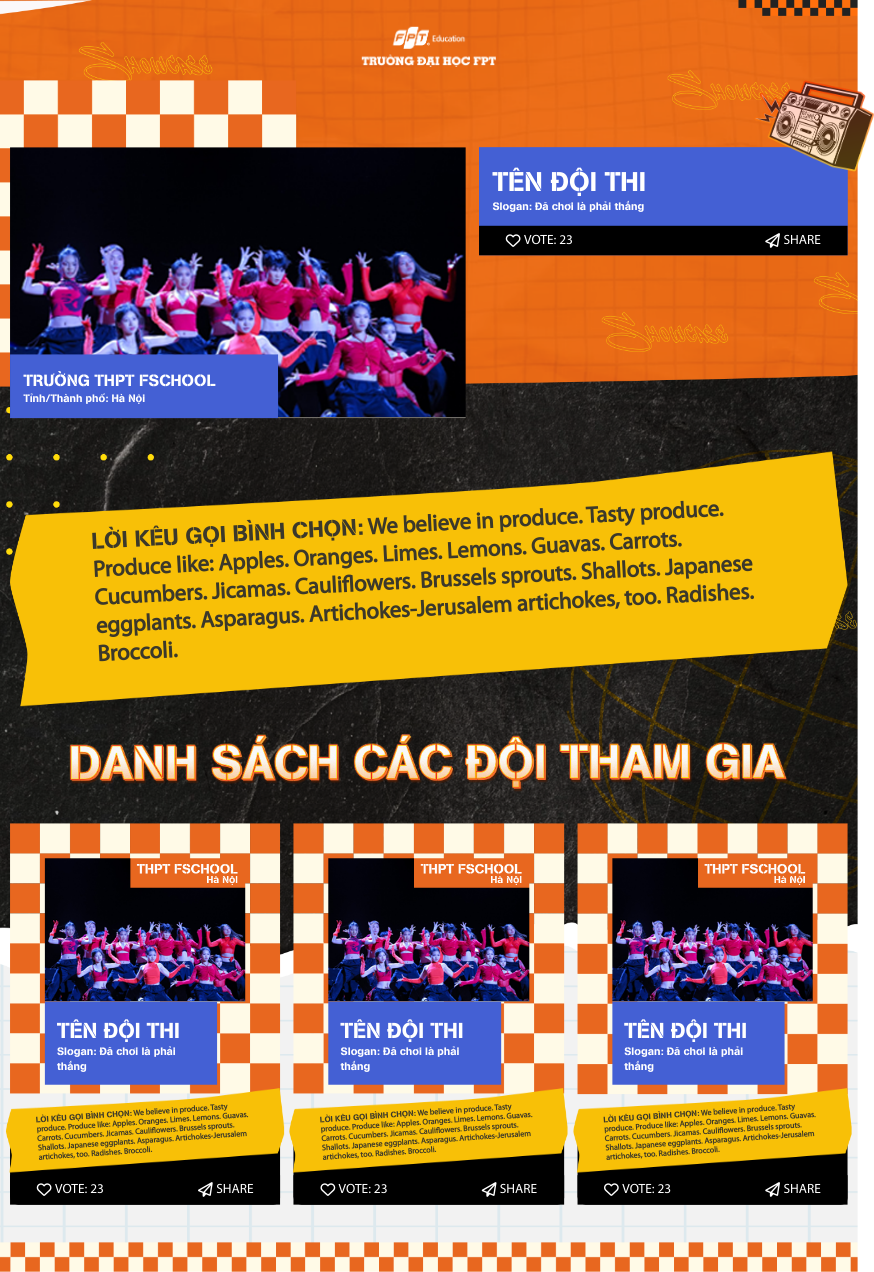
Repository: dinhtri123/hola_fpt
Page: detail.html
These files come from the project's save history. The page is drawn as it stood at one moment and after the next save; the edit follows.
The browser window is 1280 px wide. The page is 1305 px wide, so the pictures cover 1305 px, including what lies to the right of the window. The pictures show the whole page, at 67% of full size.

Above is the page before, as saved 2025-01-04 23:04:34.

After the next save:
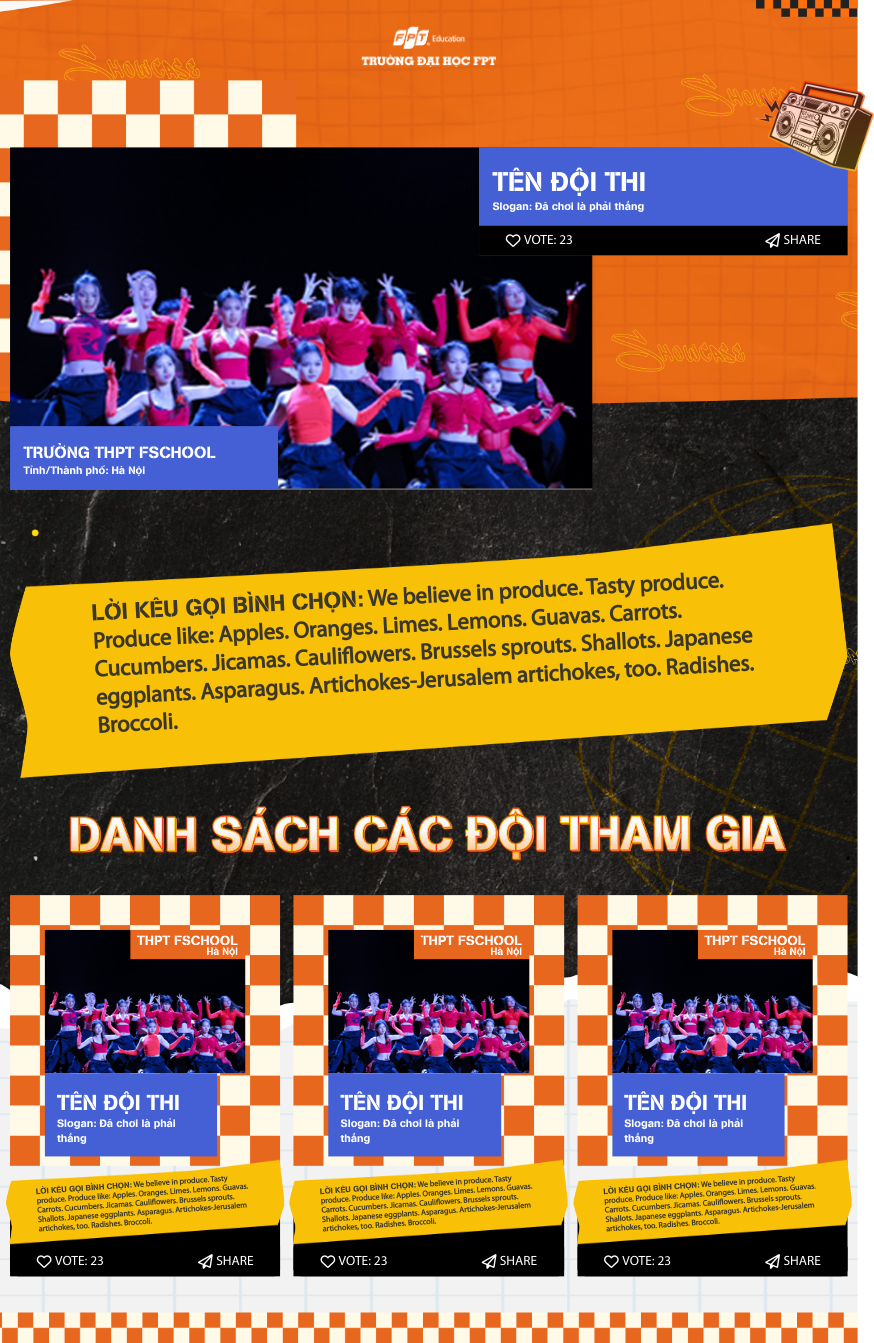
Saved 82 s later.
--- a/styles.css
+++ b/styles.css
@@ -370,13 +370,15 @@
   display: flex;
   gap: 20px;
   margin-top: 120px;
+  position: relative;
 }
 .detail-top-left {
   flex: 1;
 }
 .detail-top-right {
   max-width: 550px;
-  position: relative;
+  position: absolute;
+  right: 0;
   color: var(--cl-white);
   background-color: #4460d4;
   width: 100%;
